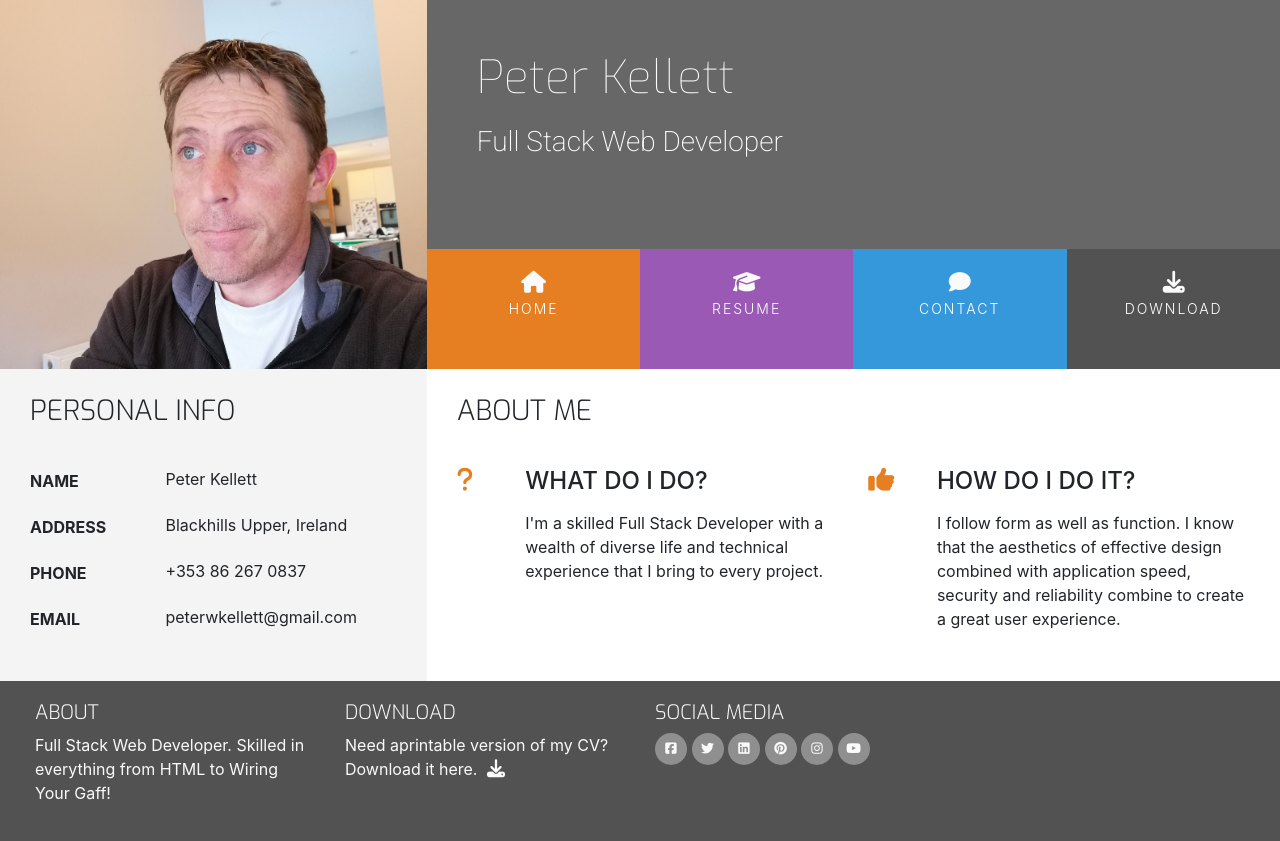
Repository: PeterKellett/resume-tutorial
Page: resume.html
The author's editor kept a record of every edit. The page is drawn from the files as they stood at one moment, then again after the next edit.
The browser window is 1280 px wide. The pictures show the whole page.
Some web libraries are served in a nearby version.

Above is the page before.

### resume.html
<!DOCTYPE html>
<html lang="en">

<head>
    <meta charset="UTF-8">
    <meta name="viewport" content="width=device-width, initial-scale=1.0">
    <meta http-equiv="X-UA-Compatible" content="ie=edge">
    <link rel="stylesheet" href="https://stackpath.bootstrapcdn.com/bootstrap/4.3.1/css/bootstrap.min.css" integrity="sha384-ggOyR0iXCbMQv3Xipma34MD+dH/1fQ784/j6cY/iJTQUOhcWr7x9JvoRxT2MZw1T" crossorigin="anonymous">
    <script src="https://kit.fontawesome.com/5522ae6586.js"></script>
    <link rel="stylesheet" href="https://cdnjs.cloudflare.com/ajax/libs/hover.css/2.3.1/css/hover-min.css" type="text/css" />
    <link rel="stylesheet" href="assets/css/style.css" type="text/css" />
    <title>Peter CV</title>
</head>
<!-------------------------------------------End </head>----------------------------------->

<!--------------------------------------=---Start <body>----------------------------------->
<body>
<!--------------------------------------=---Start <header>----------------------------------->
    <header>
        <div class="row no-gutters">
            <a href="index.html" class="col-md-4 logo"></a>

            <div class="col-md-8">
                <div class="row no-gutters bg-color-name-title">
                    <div class="col heading">
                        <h1 class="name">Peter Kellett</h1>
                        <h2 class="title">Full Stack Web Developer</h2>
                    </div>
                </div>
                <div class="row no-gutters">
                    <div class="col">
                        <ul id="nav" class="list-inline menucontainer">
                            <li class="col-6 col-sm-3 ui-menu-color-home list-inline-item menuitem">
                                <a href="#" class="hvr-sweep-to-bottom"><i class="fas fa-home" aria-hidde="true"></i><span>Home</span></a>
                            </li>
                            <li class="col-6 col-sm-3 ui-menu-color-resume list-inline-item menuitem">
                                <a href="#" class="hvr-sweep-to-bottom"><i class="fas fa-graduation-cap" aria-hidde="true"></i><span>Resume</span></a>
                            </li>
                            <li class="col-6 col-sm-3 ui-menu-color-contact list-inline-item menuitem">
                                <a href="#" class="hvr-sweep-to-bottom"><i class="fas fa-comment" aria-hidde="true"></i><span>Contact</span></a>
                            </li>
                            <li class="col-6 col-sm-3 ui-menu-color-download list-inline-item menuitem">
                                <a href="#" class="hvr-sweep-to-bottom"><i class="fas fa-download" aria-hidde="true"></i><span>Download</span></a>
                            </li>
                        </ul>
                    </div>
                </div>
            </div>
        </div>
    </header>
<!-------------------------------------------End </header>----------------------------------->

<!--------------------------------------=---Start <section>----------------------------------->

    <section class="container-fluid">
        <div class="row">
            <div class="col-md-4 bg-color-personal-info section-column">
                <div class="row">
                    <div class="col-12">
                        <h3 class="section-heading uppercase">
                            Personal Info
                        </h3>
                    </div>
                </div>
                <div class="personal-info-item">
                    <div class="key">
                        <p class="uppercase">
                            Name
                        </p>
                    </div>
                    <div class="value">
                        <p>
                            Peter Kellett
                        </p>
                    </div>
                </div>
                <div class="personal-info-item">
                    <div class="key">
                        <p class="uppercase">
                            Address
                        </p>
                    </div>
                    <div class="value">
                        <p>
                            Blackhills Upper, Ireland
                        </p>
                    </div>
                </div>
                <div class="personal-info-item">
                    <div class="key">
                        <p class="uppercase">
                            Phone
                        </p>
                    </div>
                    <div class="value">
                        <p>
                            +353 86 267 0837
                        </p>
                    </div>
                </div>
                <div class="personal-info-item">
                    <div class="key">
                        <p class="uppercase">
                            Email
                        </p>
                    </div>
                    <div class="value">
                        <p>
                            peterwkellett@gmail.com
                        </p>
                    </div>
                </div>
            </div>
            <div class="col-md-8 bg-color-three-reasons section-column">
                <div class="row">
                    <div class="col">
                        <h3 class="section-heading uppercase">About Me</h3>
                    </div>
                </div>
                <div class="row">
                    <div class="col-10 offset-1 offset-sm-0 col-sm-4 col-md-6">
                        <div class="row">
                            <div class="col-2"><i class="three-reasons-icon fas fa-question" aria-hidden="true"></i>
                            </div>
                            <div class="col-10">
                                <h4 class="three-reasons-heading uppercase">What do I do?</h4>
                                <p>
                                    I'm a skilled Full Stack Developer with a wealth of diverse life and technical experience that I bring to every project.
                                </p>
                            </div>
                        </div>
                    </div>
                    <div class="col-10 offset-1 offset-sm-0 col-sm-4 col-md-6">
                        <div class="row">
                            <div class="col-2"><i class="three-reasons-icon fas fa-thumbs-up" aria-hidden="true"></i>
                            </div>
                            <div class="col-10">
                                <h4 class="three-reasons-heading uppercase">How do I do it?</h4>
                                <p>
                                    I follow form as well as function. I know that the aesthetics of effective design combined with application speed, security and reliability combine to create a great user experience.
                                </p>
                            </div>
                        </div>
                    </div>
                </div>
            </div>
        </div>
    </section>
<!-------------------------------------------End </section>----------------------------------->


<!--------------------------------------=---Start <footer>----------------------------------->

    <footer class="container-fluid">
        <div id="footer-details" class="row">
            <div class="col-sm-3">
                <h5 class="uppercase general-sub">About</h5>
                <p class="inline-block">
                    Full Stack Web Developer. Skilled in everything from HTML to Wiring Your Gaff!
                </p>
            </div>
            <div class="col-sm-3">
                <h5 class="uppercase general-sub">Download</h5>
                <p class="inline-block">Need aprintable version of my CV? Download it here.
                <a href="#" target="_blank" class="cv-pdf">
                    <i class="fas fa-download" aria-hidden="true"></i>
                    <span class="sr-only">Download link.</span>
                </a>
                </p>
            </div>
            <div class="col-sm-3">
                <h5 class="uppercase general-sub">Social Media</h5>
                <ul class="list-inline social-links">
                    <li class="list-inline-item">
                        <a target="_blank" href="#">
                            <i Class="fab fa-facebook-square" aria-hidden="true"></i>
                            <span class="sr-only">Facebook</span>
                        </a>
                    </li>
                    <li class="list-inline-item">
                        <a target="_blank" href="#">
                            <i Class="fab fa-twitter" aria-hidden="true"></i>
                            <span class="sr-only">Twitter</span>
                        </a>
                    </li>
                    <li class="list-inline-item">
                        <a target="_blank" href="#">
                            <i Class="fab fa-linkedin" aria-hidden="true"></i>
                            <span class="sr-only">LinkedIn</span>
                        </a>
                    </li>
                    <li class="list-inline-item">
                        <a target="_blank" href="#">
                            <i Class="fab fa-pinterest" aria-hidden="true"></i>
                            <span class="sr-only">Pinterest</span>
                        </a>
                    </li>
                    <li class="list-inline-item">
                        <a target="_blank" href="#">
                            <i Class="fab fa-instagram" aria-hidden="true"></i>
                            <span class="sr-only">Instagram</span>
                        </a>
                    </li>
                    <li class="list-inline-item">
                        <a target="_blank" href="#">
                            <i Class="fab fa-youtube" aria-hidden="true"></i>
                            <span class="sr-only">YouTube</span>
                        </a>
                    </li>

                </ul>
            </div>
        </div>
    </footer>
<!-------------------------------------------End </footer>----------------------------------->

</body>
<!-------------------------------------------End </body>----------------------------------->

</html>

### assets/css/style.css
@import url('https://fonts.googleapis.com/css?family=Roboto:100,200,300,400,500,600,700|Exo:100,200,300,400,500,600,700');

/*------------------------------Colors-------------------------*/

.bg-color-name-title {
    background: #676767;

}

.bg-color-three-reasons {
    background-color: #fff;
}

.bg-color-personal-info {
    background-color: #f4f4f4;
}

.ui-menu-color-home {
    background-color: #e67e22;
}

.ui-menu-color-resume {
    background-color: #9b59b6;
}

.ui-menu-color-contact {
    background-color: #3498db;
}

.ui-menu-color-download {
    background-color: #525252;
}

/*------------------------------Special Paddings/margins/text-------------------------*/

h1,
h2,
h3,
h4 {
    margin: 0;
}

.uppercase {
    text-transform: uppercase;
}

.general-sub {
    font-family: "exo", sans-serif;
    font-weight: 300;
    color: #fafafa;
}

.inline-block {
    display: inline-block;
}

.row-table {
    display: table;
}

.section-column {
    display: table-cell;
    padding: 0 30px 30px;
    float: none;
}

.section-heading {
    font-family: "Exo", sans-serif;
    font-weight: 300;
    margin-top: 25px;
    margin-bottom: 40px;
}

/*------------------------------Heading-------------------------*/

header {
    margin: 0;
}

.heading {
    margin-left: 50px;
}

.logo {
    background: url("../images/IMG_20190807_202109.jpg");
    background-position: center;
    background-repeat: no-repeat;
    background-size: cover;
    min-height: 360px;
    transition: all .5s ease-in-out;
    -moz-transition: all .5s ease-in-out;
    -webkit-transition: all .5s ease-in-out;
    -o-transition: all .5s ease-in-out;
}

.name {
    font-family: "Exo", sans-serif;
    font-weight: 100;
    font-size: 46px;
    margin-top: 50px;
    color: #fff;
}

.title {
    font-family: "Roboto", sans-serif;
    font-weight: 200;
    font-size: 28px;
    margin-top: 20px;
    margin-bottom: 90px;
    color: #fff;
}

.list-inline-item:not(:last-child) {
    margin: 0;
}

.menucontainer {
    font-size: 0;
}

#nav {
    margin: 0;
}

#nav li {
    font-size: 14px;
    padding: 0;
}

.menuitem {
    height: 120px;
    text-align: center;
    padding: 0;
}

.menuitem a {
    width: 100%;
    text-decoration: none;
    color: #fff;
    height: 120px;
}

.menuitem a i {
    padding-top: 22px;
    display: block;
    color: #fafafa;
    font-size: 22px;
}

.menuitem span {
    display: block;
    width: 100%;
    padding-top: 5px;
    text-align: center;
    text-transform: uppercase;
    font-size: 14px;
    font-weight: 300;
    letter-spacing: 2px;
}

/*------------------------------Hover.css-------------------------*/

.hvr-sweep-to-bottom:before {
    background: rgba(0, 0, 0, 0.2);
    height: 120px;
}

/*------------------------------Footer-------------------------*/

footer {
    background-color: #525252;
    color: #fafafa;
    min-height: 120px;
    margin: 0;
}

.cv-pdf i {
    font-size: 18px;
    color: #fafafa;
    text-align: center;
    padding-left: 5px;
    transition: all 0.35s ease-in-out;
    -moz-transition: all 0.35s ease-in-out;
    -webkit-transition: all 0.35s ease-in-out;
    -o-transition: all 0.35s ease-in-out;
}

.cv-pdf i:hover {
    color: #e84610;
}

.social-links {
    padding-bottom: 15px;
}

.social-links li a i {
    width: 32px;
    height: 32px;
    padding: 12px 0;
    border-radius: 50%;
    font-size: 13px;
    line-height: 7px;
    text-align: center;
    color: #fafafa;
    background: #8f8f8f;
    transition: all 0.35s ease-in-out;
    -moz-transition: all 0.35s ease-in-out;
    -webkit-transition: all 0.35s ease-in-out;
    -o-transition: all 0.35s ease-in-out;
}

.social-links li a i:hover {
    background: #e84610;
}

#footer-details {
    padding: 20px;
}

/*------------------------------Three reasons-------------------------*/

.three-reasons-icon {
    font-size: 26px;
    color: #e67e22;
}

.three-reasons-heading {
    margin-bottom: 15px;

}

/*------------------------------Personal Info-------------------------*/

.personal-info-item {
    margin-bottom: 20px;
    display: block;
    clear: both;
}

.personal-info-item .key,
.personal-info-item .value {
    padding-right: 8px;
    display: inline-block;
}

.personal-info-item .key p,
.personal-info-item .value p {
    margin: 0;
}

.personal-info-item .key {
    width: 30%;
    margin-right: 21px;
    padding-top: 2px;
    vertical-align: top;
}

.personal-info-item .key p {
    font-weight: 700;
}

.personal-info-item .value {
    position: relative;
    width: 60%;
}

After the next edit:
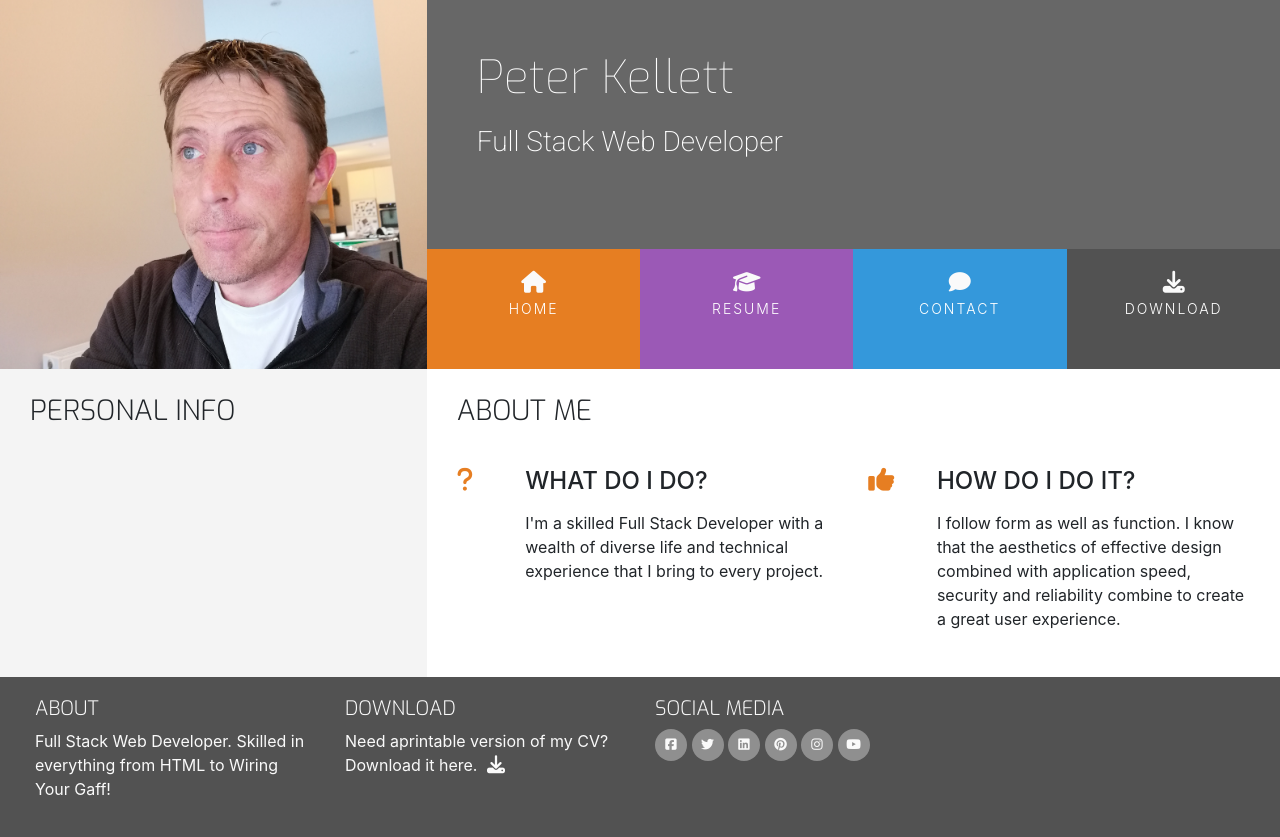
The edit:
--- a/resume.html
+++ b/resume.html
@@ -60,54 +60,6 @@
                         <h3 class="section-heading uppercase">
                             Personal Info
                         </h3>
-                    </div>
-                </div>
-                <div class="personal-info-item">
-                    <div class="key">
-                        <p class="uppercase">
-                            Name
-                        </p>
-                    </div>
-                    <div class="value">
-                        <p>
-                            Peter Kellett
-                        </p>
-                    </div>
-                </div>
-                <div class="personal-info-item">
-                    <div class="key">
-                        <p class="uppercase">
-                            Address
-                        </p>
-                    </div>
-                    <div class="value">
-                        <p>
-                            Blackhills Upper, Ireland
-                        </p>
-                    </div>
-                </div>
-                <div class="personal-info-item">
-                    <div class="key">
-                        <p class="uppercase">
-                            Phone
-                        </p>
-                    </div>
-                    <div class="value">
-                        <p>
-                            +353 86 267 0837
-                        </p>
-                    </div>
-                </div>
-                <div class="personal-info-item">
-                    <div class="key">
-                        <p class="uppercase">
-                            Email
-                        </p>
-                    </div>
-                    <div class="value">
-                        <p>
-                            peterwkellett@gmail.com
-                        </p>
                     </div>
                 </div>
             </div>
